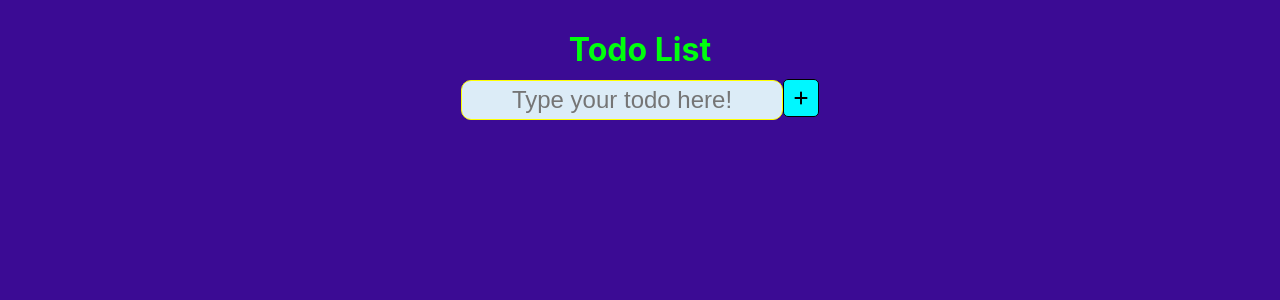
Repository: badhon252/todo-app
Page: /
These files come from the project's save history. The page is drawn as it stood at one moment and after the next save; the edit follows.
The browser window is 1280 px wide. The pictures show the whole page.
The project was rebuilt for these pictures with package versions that can differ from the ones it lists, and the page was loaded fresh each time.

Above is the page before, as saved 2022-01-26 15:10:51.

### public/index.html
<!DOCTYPE html>
<html lang="en">

<head>
  <meta charset="utf-8" />
  <link rel="icon" href="%PUBLIC_URL%/favicon.ico" />
  <meta name="viewport" content="width=device-width, initial-scale=1" />
  <meta name="theme-color" content="#000000" />
  <meta name="description" content="Web site created using create-react-app" />
  <link rel="apple-touch-icon" href="%PUBLIC_URL%/logo192.png" />

  <link rel="manifest" href="%PUBLIC_URL%/manifest.json" />

  <link rel="stylesheet" href="https://cdnjs.cloudflare.com/ajax/libs/font-awesome/5.15.4/css/all.min.css"
    integrity="sha512-1ycn6IcaQQ40/MKBW2W4Rhis/DbILU74C1vSrLJxCq57o941Ym01SwNsOMqvEBFlcgUa6xLiPY/NS5R+E6ztJQ=="
    crossorigin="anonymous" referrerpolicy="no-referrer" />
  <title>React App</title>
</head>

<body>
  <noscript>You need to enable JavaScript to run this app.</noscript>
  <div id="root"></div>
  <!--
      This HTML file is a template.
      If you open it directly in the browser, you will see an empty page.

      You can add webfonts, meta tags, or analytics to this file.
      The build step will place the bundled scripts into the <body> tag.

      To begin the development, run `npm start` or `yarn start`.
      To create a production bundle, use `npm run build` or `yarn build`.
    -->
</body>

</html>

### src/App.js
import Todo from "./components/Todo";

function App() {
  return (
    <div className="App">
      <Todo />
    </div>
  );
}

export default App;

### src/components/Todo.js
import React, { useState } from "react";
import { FontAwesomeIcon } from "@fortawesome/react-fontawesome";
import { faPlus, faTrash, faEdit } from "@fortawesome/free-solid-svg-icons";
import "../Styles/style.css";

export default function Todo() {
  const [inputItems, setInputItems] = useState("");
  const [todo, setTodo] = useState([]);

  const addItems = () => {
    if (!inputItems) {
      alert("Your input field is blank!!");
    } else {
      const myNewInput = {
        id: new Date().getTime().toString(),
        name: inputItems,
      };
      setTodo((e) => [...todo, myNewInput]);
      setInputItems("");
    }
  };

  const handleClick = (index) => {
    const updateItems = todo.filter((current) => {
      return current.id !== index;
    });
    setTodo(updateItems);
  };

  return (
    <div className="main-div">
      <h1>Todo List</h1>
      <div className="inputs">
        <input
          type="text"
          name=""
          id="input-box"
          placeholder="Type your todo here!"
          value={inputItems}
          onChange={(e) => setInputItems(e.target.value)}
        />
        <FontAwesomeIcon icon={faPlus} className="add-btn" onClick={addItems} />

        {/* <button type="submit" className="add-btn" onClick={addItems}>
          Add
        </button> */}
      </div>
      {/* showing items =============== */}
      <div className="show-items">
        {todo.map((currentItems) => {
          return (
            <div key={currentItems.id}>
              <li className="todo-item">
                {currentItems.name}
                <FontAwesomeIcon icon={faEdit} className="icon edit" />
                <FontAwesomeIcon
                  icon={faTrash}
                  className="icon delete"
                  onClick={() => handleClick(currentItems.id)}
                />
              </li>
            </div>
          );
        })}
      </div>
    </div>
  );
}

### src/Styles/style.css
* {
  margin: 0;
  padding: 0;
  background-color: #3b0b94;
}

.main-div {
  margin: 30px;
  text-align: center;
}
h1 {
  color: #00ff0d;
}
#input-box {
  color: #000000;
  padding: 5px;
  font-size: 1.5rem;
  border: 1px solid yellow;
  background-color: #dcecf7;
  border-radius: 10px;
  text-align: center;
}
.inputs {
  margin: 10px;
}
.fa-circle-plus {
  font-size: 1rem;
  color: white;
}

.add-btn {
  padding: 10px;
  background-color: rgb(0, 247, 255);
  color: rgb(0, 0, 0);
  border: 1px solid rgb(0, 0, 0);
  font-weight: 700;
  font-size: 1rem;
  border-radius: 5px;
  cursor: pointer;
  margin-bottom: -7px;
}

.icon {
  padding: 0 10px;
  border-radius: 5px;
  cursor: pointer;
  /* background-color: rgb(0, 255, 34); */
  /* color: rgb(0, 0, 0); */
  /* border: 1px solid black; */
  /* font-weight: 700; */
}
.todo-item {
  /* background-color: #5b0080; */
  padding: 5px;
  color: white;
  font-size: 20px;
  font-weight: 700;
}

.delete:hover {
  color: red;
}
.edit:hover {
  color: rgb(0, 255, 0);
}

Loaded but not shown: src/index.js (common file); src/index.css (common file); src/reportWebVitals.js (common file)

After the next save:
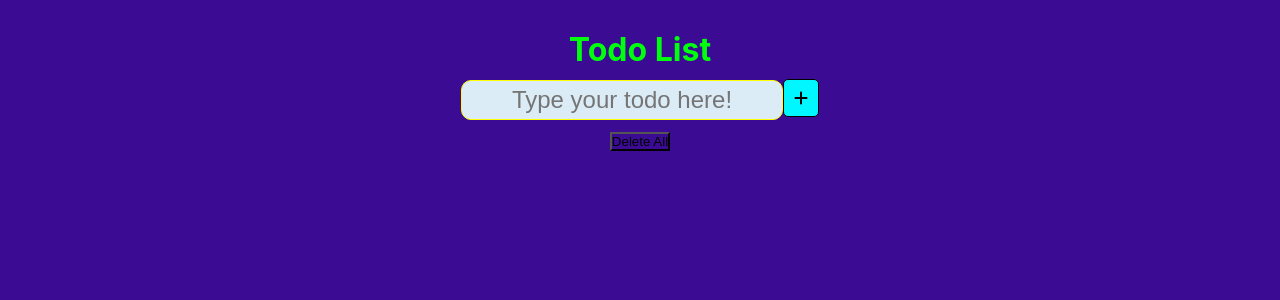
Saved 72 s later.
--- a/src/components/Todo.js
+++ b/src/components/Todo.js
@@ -62,6 +62,7 @@ export default function Todo() {
             </div>
           );
         })}
+        <input type="button" value="Delete All" />
       </div>
     </div>
   );
